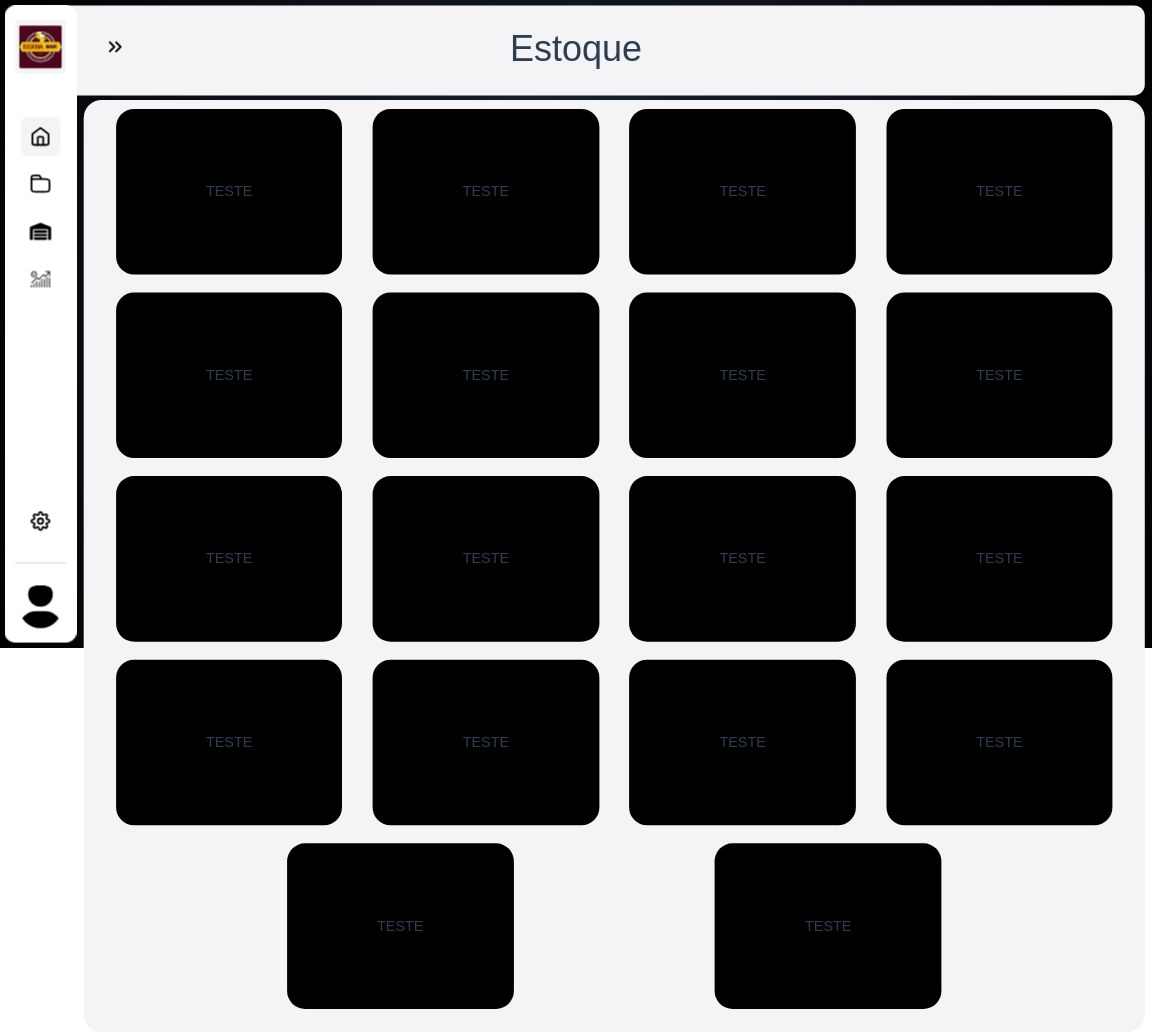
Repository: jazaoo13/Projeto_Oficina_Integracao
Page: / (app in Aplicacao_vue/)
These files come from the project's save history. The page is drawn as it stood at one moment and after the next save; the edit follows.
The browser window is 1280 px wide. The pictures show the whole page, at 90% of full size.
The page's requests for data from a server got no answer. The project was rebuilt for these pictures with package versions that can differ from the ones it lists, and the page was loaded fresh each time. No one was signed in, and anything a server would have sent is missing. Also part of the build but not shown: Aplicacao_vue/vue.config.js, Aplicacao_vue/src/View/jazao.vue.

Above is the page before, as saved 2023-11-19 16:44:34.

### Aplicacao_vue/public/index.html
<!DOCTYPE html>
<html lang="">
  <head>
    <meta charset="utf-8">
    <meta name="viewport" content="width=device-width, initial-scale=1">
    <meta http-equiv="X-UA-Compatible" content="IE=edge">
    <meta name="viewport" content="width=device-width,initial-scale=1.0">
    <link rel="icon" href="<%= BASE_URL %>favicon.ico">
    <link href="https://cdn.jsdelivr.net/npm/bootstrap@5.3.2/dist/css/bootstrap.min.css" rel="stylesheet" integrity="sha384-T3c6CoIi6uLrA9TneNEoa7RxnatzjcDSCmG1MXxSR1GAsXEV/Dwwykc2MPK8M2HN" crossorigin="anonymous">
    <title>Controle de Bebidas</title>
  </head>
  <body>
    <script src="https://cdn.jsdelivr.net/npm/bootstrap@5.3.2/dist/js/bootstrap.bundle.min.js" integrity="sha384-C6RzsynM9kWDrMNeT87bh95OGNyZPhcTNXj1NW7RuBCsyN/o0jlpcV8Qyq46cDfL" crossorigin="anonymous"></script>
    <div id="app"></div>
    <!-- built files will be auto injected -->
  </body>
</html>

### Aplicacao_vue/src/main.js
import Vue from 'vue'
import App from './App.vue'
import {BootstrapVue, IconsPlugin} from 'bootstrap-vue';
import 'font-awesome/css/font-awesome.css';
import 'bootstrap-vue/dist/bootstrap-vue.css'
import 'bootstrap/dist/css/bootstrap.css'
import router from './router'
import Vuex from 'vuex'
import store from './store'

Vue.config.productionTip = false
Vue.use(BootstrapVue);
Vue.use(IconsPlugin);
Vue.use(Vuex);

new Vue({
  router,
  store,
  render: h => h(App)
}).$mount('#app')

### Aplicacao_vue/src/router/index.js
import Vue from 'vue'
import VueRouter from 'vue-router'
import Home from '../View/Home.vue'
import jazao_component from '../View/jazao.vue'
Vue.use(VueRouter)

const routes = [
  {
    path: '/',
    name: 'home',
    component: Home
  },
  {
    path: '/jazao',
    name: 'Jazao',
    component: jazao_component
    //component: () => import(/* webpackChunkName: "about" */ '../View/HomeTeste.vue')
  },

]

const router = new VueRouter({
  mode: 'history',
  base: process.env.BASE_URL,
  routes
})

export default router

### Aplicacao_vue/src/store.js
import Vue from 'vue'
import Vuex from 'vuex'

Vue.use(Vuex)

const store = new Vuex.Store({
    data(){
        return{
            isActive: false
        }
    },
    state: {
        count: 0,
        isActive: false
    },
    mutations: {
        increment(state) {
            state.count++
        },
        setIsActive(state){
            state.isActive = !state.isActive
        }
    },

})
export default store

### Aplicacao_vue/src/View/Home.vue
<template>
    <div class="bodyClass">
        <div class="container-fluid">
            <div class="row">
                <Sidebar></Sidebar>
            </div>
            <div class="content-container">
                <HeaderPage></HeaderPage>
                <EstoqueView></EstoqueView>
            </div>
        </div>

    </div>
</template>

<script>
import axios from 'axios';
import Sidebar from './Sidebar.vue';
import HeaderPage from './Header.vue'
import EstoqueView from '../components/EstoqueView.vue'
export default {
    name: 'HomePage',
    components: {
        Sidebar,
        HeaderPage,
        EstoqueView
    },
    data() {
        return {
            lstApi: '',
        };
    },
    methods: {
        chamar_api() {
            let url = 'https://catfact.ninja/fact';
            axios
                .get(url, {

                })
                .then((resposta) => {
                    this.lstApi = resposta
                })
                .catch((erro) => console.log(erro));
        },
    },
    mounted() {
        this.chamar_api()
    },
};
</script>

<style lang="scss" scoped>
.bodyClass {
    height: 100vh;
    background: radial-gradient(circle at 50% 50%, #192233 20%, #000);
    padding: 0.375rem;
    font-family: Poppins, sans-serif;
    display: flex;
}
.container-fluid {
  flex: 1;
  display: flex;
  flex-direction: column;
  padding-right: 2px;
  padding-left: 2px;
}
.row {
  display: flex;
  flex: 1;
}
.content-container {
  display: flex;
  flex-direction: column;
  flex: 1;
}
</style>

### Aplicacao_vue/src/View/Sidebar.vue
<template>
    <div>
        <nav class="sideBar" :class="{ 'isActive': this.$store.state.isActive }">
            <div class="sidebar-header" :class="{ 'isActive': this.$store.state.isActive }">
                <a class="logo-wrapper">
                    <img src="@/assets/logo_esquina.png" alt="Logo" :class="{ 'isActive': this.$store.state.isActive }">
                    <h2 :class="{ 'isActive': this.$store.state.isActive }">Bar da Esquina</h2>
                </a>
                <button class="toggle-btn" @click="toggle()">
                    <img src="../assets/expand.svg" alt="expand button">
                </button>
            </div>

            <div class="sidebar-links" :class="{ 'isActive': this.$store.state.isActive }">
                <a class="link active">
                    <img src="../assets/home.svg" alt="">
                    <span :class="{ 'isActive': this.$store.state.isActive }">Home</span>
                </a>
                <a class="link">
                    <img src="../assets/projects.svg" alt="">
                    <span :class="{ 'isActive': this.$store.state.isActive }">Cadastro</span>
                </a>
                <a class="link">
                    <img src="../assets/estoque.svg" alt="">
                    <span :class="{ 'isActive': this.$store.state.isActive }">Estoque</span>
                </a>
                <a class="link">
                    <img src="../assets/vendas.png" alt="">
                    <span :class="{ 'isActive': this.$store.state.isActive }">Vendas</span>
                </a>
            </div>


            <div class="sidebar-bottom" :class="{ 'isActive': this.$store.state.isActive }">
                <div class="sidebar-links" :class="{ 'isActive': this.$store.state.isActive }">
                    <a class="link">
                        <img src="../assets/settings.svg" alt="">
                        <span :class="{ 'isActive': this.$store.state.isActive }">Configurações</span>
                    </a>
                </div>

                <div class="user-profile" :class="{ 'isActive': this.$store.state.isActive }">
                    <div class="user-avatar">
                        <img src="../assets/user.svg" alt="">
                    </div>
                    <div class="user-details" :class="{ 'isActive': this.$store.state.isActive }">
                        <p class="username">Usuario</p>
                        <p class="user-email">email@gmail.com</p>
                    </div>
                </div>
            </div>
        </nav>
    </div>
</template>

<script>
import { mapState } from 'vuex'
export default {
    name: "SiderBar",
    components: {
    },
    data() {
        return {
            //isActive:false,
            // imagens:{
            //     imagem1: url=''
            // }
            //array de objetos para os botoes laterais
        }
    },
    methods: {
        Abre_Cadastro() {

        },
        computed: {
            ...mapState(['isActive'])

        },
        toggle() {
            this.$store.commit('setIsActive');

            const toggleBtn = document.querySelector(".toggle-btn");
            toggleBtn.style.transform = this.$store.state.isActive ? "rotate(180deg)" : "rotate(0deg)";
        },
    },
    mounted() {

    },
}
</script>


<style lang="scss">
*,
*::before,
*::after {
    margin: 0;
    padding: 0;
    box-sizing: border-box;
}

button,
a {
    all: unset;
    font: inherit;
    cursor: pointer;
    text-decoration: none !important;
}

a:hover {
    color: inherit !important;
}

.sideBar {
    position: fixed;
    width: 5rem;
    height: calc(100% - 0.75rem);
    background-color: #ffffff;
    padding: 1rem 0.75rem;
    border-radius: 0.75rem;
    display: flex;
    flex-direction: column;
    transition: width 500ms ease;

    &.isActive {
        width: 15rem;
    }
}

h2 {
    display: none;

    &.isActive {
        display: inline;
        font-size: 1.5rem;
    }
}

.sidebar-header,
.sidebar-links {
    display: flex;
    justify-content: center;
    align-items: center;
    overflow: hidden;
    flex-direction: column;
    &.isActive {
        justify-content: start;
        align-items: stretch;
    }
}
.sidebar-links {
    flex-direction: column;
    margin-bottom: auto;
    gap: 0.6rem;
    padding-bottom: 1.5rem;
    padding-top: 1.5rem;
}
.sidebar-header {
    margin-bottom: 1.5rem;
    &.isActive {
        justify-content: start;
        align-items: stretch;
    }
}

.logo-wrapper {
    display: flex;
    justify-content: start;
    align-items: center;
    gap: 1.25rem;
    text-decoration: none !important;
}

a.logo-wrapper:hover {
    color: inherit !important;
}

.logo-wrapper>img {
    width: 60px;
    height: 60px;
    background-color: #f4f4f6;
    padding: 0.4rem;
    border-radius: 0.5rem;

    &.isActive {
        width: 100px;
        height: 100px;
    }
}

.sideBar.sidebar-links {
    border-top: 1px solid rgb(211, 211, 211);
}

.link {
    display: flex;
    padding: 0.6rem;
    border-radius: 0.5rem;
    gap: 1.5rem;
}

span {
    display: none;

    &.isActive {
        display: inline;
    }
}

.link:hover,
.link.active:hover {
    background-color: #e4e4e8;
}

.link.active {
    background-color: #f4f4f6;
}

.link>img {
    width: 24px;
    height: 24px;
}

.sidebar-bottom .sidebar-links {
    padding-bottom: 1.5rem;
}

.toggle-btn {
    position: absolute;
    top: 26px;
    right: -63px;
    padding: 0.5rem;
    background-color:var(--bs-heading-color);
    border-radius: 50%;
    display: flex;
    justify-content: center;
    align-items: center;
    transition: transform 0.25s ease;
}

.user-profile {
    display: flex;
    justify-content: center;
    align-items: center;
    gap: 1.5rem;
    padding-top: 1.5rem;
    border-top: 1px solid rgb(211, 211, 211);

    &.isActive {
        justify-content: start;
        align-items: stretch;
    }
}

.user-avatar {
    width: 48px;
    height: 48px;
    cursor: pointer;
    transition: scale 0.2s ease;
}

.user-avatar img {
    width: 100%;
    height: 100%;
    border-radius: 50%;
    object-fit: cover;
}

.user-avatar:hover {
    scale: 1.1;
}

.user-details {
    align-self: center;
    overflow: hidden;
    display: none;

    .username {
        font-size: 0.85rem;
        font-weight: 600;
    }

    .user-email {
        font-size: 0.8rem;
    }

    &.isActive {
        display: inline;
    }

}</style>

### Aplicacao_vue/src/View/Header.vue
<template>
    <div>
        <div class="header" :class="{ 'isActive': this.$store.state.isActive }">
        <h1 class="titulo">Estoque</h1>
        </div>
    </div>
</template>

<script>
import { mapState } from 'vuex'
export default {
    name: "HeaderPage",
    data() {
        return {
            //isActive: false,
        }
    },
    computed: {
        ...mapState(['isActive'])

    },
}
</script>

<style lang="scss" scoped>
.header {
    //width: calc(100% - 85px);
    background-color: #f4f4f6;
    border-radius: 0.75rem;
    height: 100px;
    margin-left:auto;
    transition: width 500ms ease ;
    &.isActive{
        //width:calc(100% - 245px);
        transition: width 500ms ease ;
    }
}
.titulo{
    height: 100%;
    padding-top: 1.5rem;
}

// .header{

// }
</style>

### Aplicacao_vue/src/components/EstoqueView.vue
    <template>
    <div class="row"  :class="{ 'isActive': this.$store.state.isActive }">
            <ul class="teste">
                <li class="items">TESTE</li>
                <li class="items">TESTE</li>
                <li class="items">TESTE</li>
                <li class="items">TESTE</li>
                <li class="items">TESTE</li>
                <li class="items">TESTE</li>
                <li class="items">TESTE</li>
                <li class="items">TESTE</li>
                <li class="items">TESTE</li>
                <li class="items">TESTE</li>
                <li class="items">TESTE</li>
                <li class="items">TESTE</li>
                <li class="items">TESTE</li>
                <li class="items">TESTE</li>
                <li class="items">TESTE</li>
                <li class="items">TESTE</li>
                <li class="items">TESTE</li>
                <li class="items">TESTE</li>
            </ul>
    </div>
</template>

<script>

import { mapState } from 'vuex'
    export default {
        name:"EstoqueView",
        methods: {
        computed: {
            ...mapState(['isActive'])
        }
    },
    }
</script>

<style lang="scss" scoped>
.row{
    background-color: #f4f4f6;
    width: calc(100% - 85px);
    margin-left: auto;
    border-radius: 20px;
    margin-top: 5px;
    margin-right:0px;
    height: calc(100% - 10px);
    transition: width 500ms ease ;
    &.isActive{
        width:calc(100% - 245px);
        transition: width 500ms ease ;
    }
}
.items{
    background-color: black;
    padding: 80px 100px;
    margin: 10px 10px;
    border-radius: 20px;
    list-style-type: none;
}
.teste{
    display: flex;
    flex-direction: row;
    justify-content:space-evenly ;
    flex-wrap: wrap;
    flex-grow: 2;
}
</style>

Loaded but not shown: Aplicacao_vue/src/App.vue (common file)

After the next save:
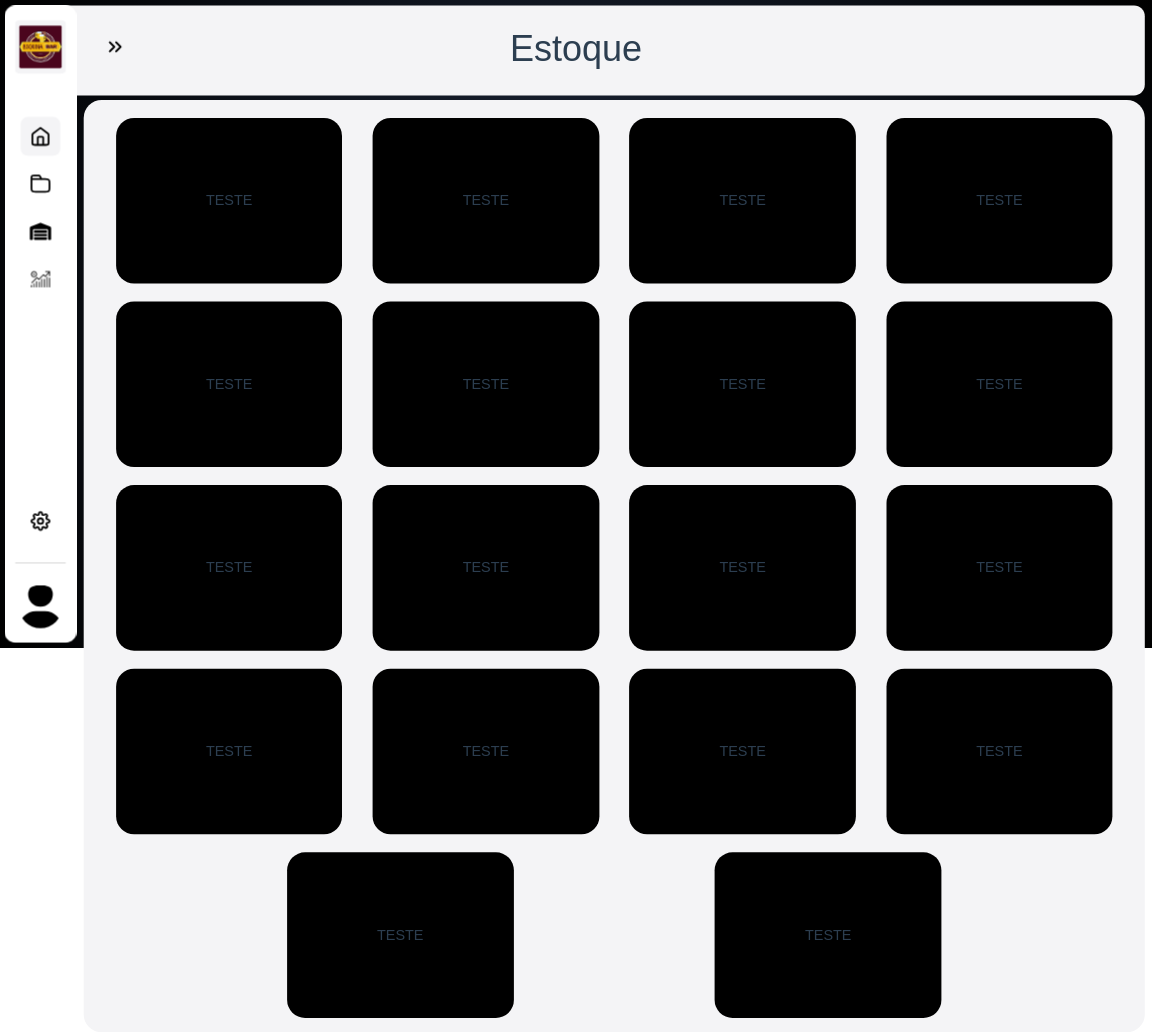
Saved 3 min 46 s later.
--- a/Aplicacao_vue/src/components/EstoqueView.vue
+++ b/Aplicacao_vue/src/components/EstoqueView.vue
@@ -54,7 +54,7 @@ import { mapState } from 'vuex'
 .items{
     background-color: black;
     padding: 80px 100px;
-    margin: 10px 10px;
+    margin: 20px 10px 0px;
     border-radius: 20px;
     list-style-type: none;
 }
